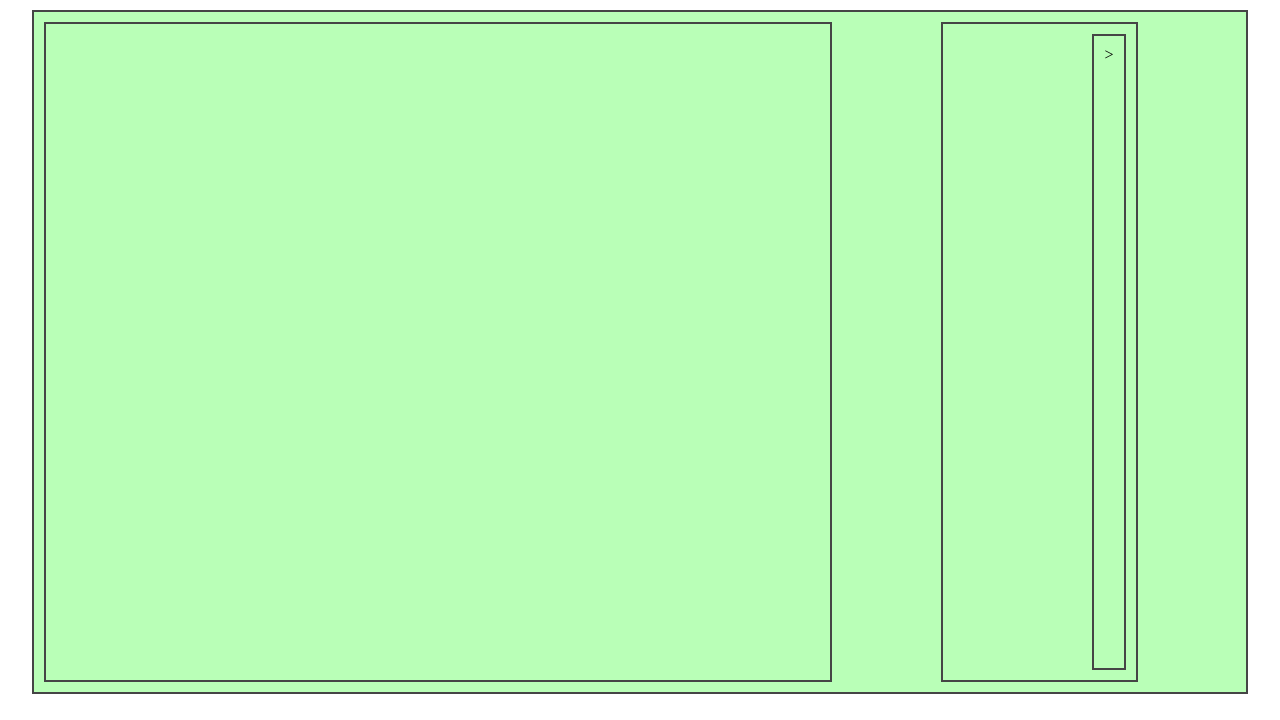
Repository: tannerbroberts/tannerbroberts.github.io
Page: /
The author's editor kept a copy of each file at every save. The page is drawn from the files as they stood at one save, then again after the next save.
The browser window is 1280 px wide. The pictures show the whole page.
The project was rebuilt for these pictures with package versions that can differ from the ones it lists, and the page was loaded fresh each time. Also part of the build but not shown: vite.config.ts.

Above is the page before, as saved 2022-10-04 09:38:41.

After the next save:
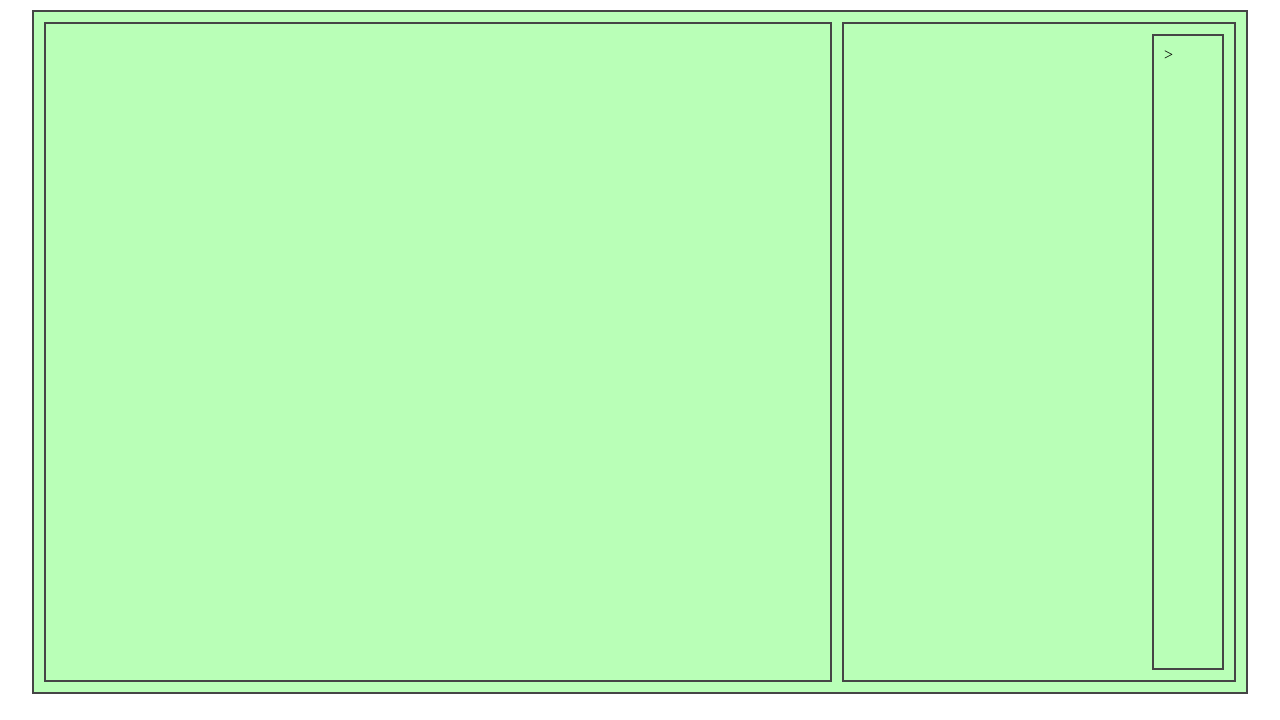
Saved 2 min 13 s later.
--- a/src/components/Shelf/Shelf.js
+++ b/src/components/Shelf/Shelf.js
@@ -5,7 +5,7 @@ import ShelfToggle from "./ShelfToggle"
 
 const shelfCSS = {
 	...cssHelper,
-	width: "50%",
+	width: "100%",
 	gridTemplate: "1fr / 4fr 1fr",
 }
 
